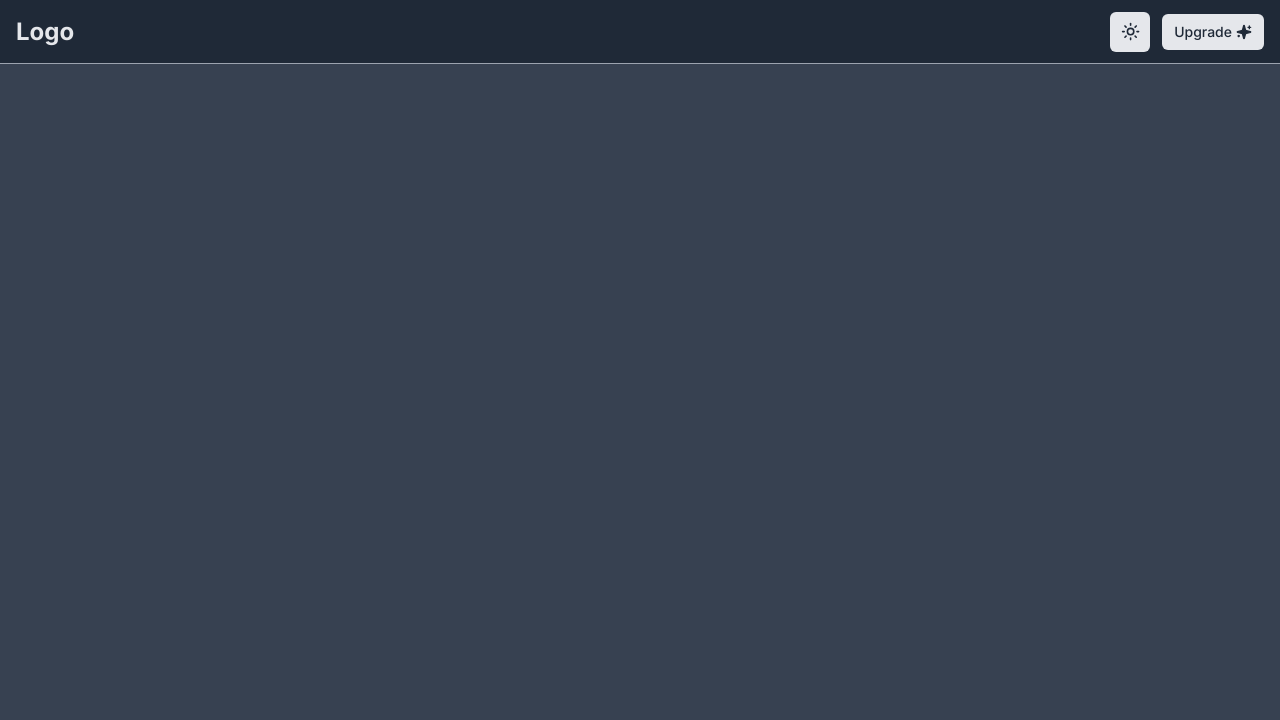
Repository: michalmilek/AI-companion-bot
Page: /
An editor plug-in stored every save of this project. The page is shown before and after the next save, followed by the edit.
The browser window is 1280 px wide. The pictures show the whole page.
The page's requests for data from a server got no answer. The project was rebuilt for these pictures with package versions that can differ from the ones it lists, and the page was loaded fresh each time. Some packages were replaced by stand-ins written for this rebuild. The framework's server and built-in components were replaced by stand-ins that run in the browser. No one was signed in, and anything a server would have sent is missing. Also part of the build but not shown: next.config.js.

Above is the page before, as saved 2023-10-10 16:42:04.

### app/layout.tsx
import { ClerkProvider } from "@clerk/nextjs";
import "./globals.css";
import type { Metadata } from "next";
import { Inter } from "next/font/google";
import { ThemeProvider } from "@/components/theme-provider";

const inter = Inter({ subsets: ["latin"] });

export const metadata: Metadata = {
  title: "Create Next App",
  description: "Generated by create next app",
};

export default function RootLayout({
  children,
}: {
  children: React.ReactNode;
}) {
  return (
    <ClerkProvider>
      <html lang="en">
        <body className={inter.className}>
          <ThemeProvider
            attribute="class"
            defaultTheme="light"
            enableSystem
            disableTransitionOnChange>
            {children}
          </ThemeProvider>
        </body>
      </html>
    </ClerkProvider>
  );
}

### app/(root)/layout.tsx
"use client";

import MobileSidebar from "@/components/MobileSidebar";
import Navbar from "@/components/Navbar";
import clsx from "clsx";
import { useTheme } from "next-themes";
import React, { useEffect } from "react";
import useStore from "../hooks/useStore";
import { useMediaQuery } from "react-responsive";
import { AnimatePresence } from "framer-motion";

const RootLayout = ({ children }: { children: React.ReactNode }) => {
  const { theme } = useTheme();
  const isTabletOrLarger = useMediaQuery({
    query: "(min-width: 768px)",
  });
  const { setIsMobileMenuOpen } = useStore();

  useEffect(() => {
    if (isTabletOrLarger) {
      setIsMobileMenuOpen(false);
    }
  }, [isTabletOrLarger, setIsMobileMenuOpen]);

  return (
    <div
      className={`h-screen ${clsx(
        (theme === "dark" || "system") && "bg-gray-700",
        theme === "light" && "bg-gray-400"
      )} `}>
      <Navbar />
      <MobileSidebar />
      <main className="md:pl-20 pt-16 h-full">{children}</main>
    </div>
  );
};

export default RootLayout;

### app/(root)/(routes)/page.tsx
import { UserButton } from "@clerk/nextjs";
import React from "react";

const RootPage = () => {
  return (
    <div>
      <UserButton afterSignOutUrl="/" />
    </div>
  );
};

export default RootPage;

### app/globals.css
@tailwind base;
@tailwind components;
@tailwind utilities;

@layer base {
  :root {
    --background: 0 0% 100%;
    --foreground: 0 0% 3.9%;

    --card: 0 0% 100%;
    --card-foreground: 0 0% 3.9%;

    --popover: 0 0% 100%;
    --popover-foreground: 0 0% 3.9%;

    --primary: 0 0% 9%;
    --primary-foreground: 0 0% 98%;

    --secondary: 0 0% 96.1%;
    --secondary-foreground: 0 0% 9%;

    --muted: 0 0% 96.1%;
    --muted-foreground: 0 0% 45.1%;

    --accent: 0 0% 96.1%;
    --accent-foreground: 0 0% 9%;

    --destructive: 0 84.2% 60.2%;
    --destructive-foreground: 0 0% 98%;

    --border: 0 0% 89.8%;
    --input: 0 0% 89.8%;
    --ring: 0 0% 3.9%;

    --radius: 0.5rem;
  }

  .dark {
    --background: 0 0% 3.9%;
    --foreground: 0 0% 98%;

    --card: 0 0% 3.9%;
    --card-foreground: 0 0% 98%;

    --popover: 0 0% 3.9%;
    --popover-foreground: 0 0% 98%;

    --primary: 0 0% 98%;
    --primary-foreground: 0 0% 9%;

    --secondary: 0 0% 14.9%;
    --secondary-foreground: 0 0% 98%;

    --muted: 0 0% 14.9%;
    --muted-foreground: 0 0% 63.9%;

    --accent: 0 0% 14.9%;
    --accent-foreground: 0 0% 98%;

    --destructive: 0 62.8% 30.6%;
    --destructive-foreground: 0 0% 98%;

    --border: 0 0% 14.9%;
    --input: 0 0% 14.9%;
    --ring: 0 0% 83.1%;
  }
}

@layer base {
  * {
    @apply border-border;
  }
  body {
    @apply bg-background text-foreground;
  }
}

*{
  box-sizing: border-box;
  padding: 0;
  margin: 0;
}

### components/MobileSidebar.tsx
"use client";

import React from "react";
import { AnimatePresence, motion } from "framer-motion";
import { useTheme } from "next-themes";
import clsx from "clsx";
import { Theme, getThemeBackground } from "@/app/utils/helpers";
import { Button } from "./ui/button";
import { HomeIcon, UserIcon, EnvelopeIcon } from "@heroicons/react/24/solid";
import Link from "next/link";
import useStore from "@/app/hooks/useStore";
import { useMediaQuery } from "react-responsive";

const MobileSidebar = () => {
  const { theme } = useTheme();
  const isTabletOrLarger = useMediaQuery({
    query: "(min-width: 768px)",
  });
  const { isMobileMenuOpen } = useStore();
  return (
    <AnimatePresence mode="wait">
      {isMobileMenuOpen && !isTabletOrLarger && (
        <motion.aside
          className={`h-full py-2 fixed bottom-0 top-16 right-0 ${getThemeBackground(
            theme as Theme
          )}`}
          initial={{ x: "100%" }}
          animate={{ x: 0 }}
          transition={{ type: "tween", duration: 0.3 }}
          exit={{ x: "100%" }}>
          <ul className="flex flex-col gap-2">
            <li>
              <Link
                className={`flex flex-col items-center gap-2 py-2 ${
                  theme === "light" ? "hover:bg-gray-700" : "hover:bg-gray-500"
                } transition-none`}
                href="/">
                <HomeIcon className="h-5 w-5" />
                <span>Home</span>
              </Link>
            </li>
            <li>
              <Link
                className="flex flex-col items-center gap-2 py-2 px-4 hover:bg-gray-700"
                href="/profile">
                <UserIcon className="h-5 w-5" />
                <span>Profile</span>
              </Link>
            </li>
            <li>
              <Link
                className="flex flex-col items-center gap-2 py-2 px-4 hover:bg-gray-700"
                href="/contact">
                <EnvelopeIcon className="h-5 w-5" />
                <span>Contact</span>
              </Link>
            </li>
          </ul>
        </motion.aside>
      )}
    </AnimatePresence>
  );
};
export default MobileSidebar;

### components/Navbar.tsx
"use client";

import React, { useEffect, useState } from "react";
import { UserButton } from "@clerk/nextjs";
import { Button } from "./ui/button";
import { Sparkles } from "lucide-react";
import { ThemeToggle } from "./theme-toggle";
import { useTheme } from "next-themes";
import clsx from "clsx";
import { Theme, getThemeBackground, getThemeColor } from "@/app/utils/helpers";
import { useMediaQuery } from "react-responsive";
import { Bars3Icon } from "@heroicons/react/24/solid";
import useStore from "@/app/hooks/useStore";

const Navbar = () => {
  const { theme } = useTheme();
  const isTabletOrLarger = useMediaQuery({
    query: "(min-width: 768px)",
  });
  const { isMobileMenuOpen, setIsMobileMenuOpen } = useStore();

  return (
    <nav
      className={`${getThemeBackground(
        theme as Theme
      )} h-16 flex justify-between items-center px-4 fixed top-0 left-0 right-0 z-50 border-b-gray-400 border-b`}>
      <a
        href="#"
        className="text-2xl font-bold">
        Logo
      </a>
      <div className="flex items-center gap-3">
        <ThemeToggle />
        <Button
          size="sm"
          variant={getThemeColor(theme as Theme)}>
          Upgrade
          <Sparkles
            className={`${
              theme === "light"
                ? "text-gray-800 fill-gray-800"
                : "text-gray-200 fill-gray-200"
            }  h-4 w-4`}
          />
        </Button>

        <UserButton />
        {!isTabletOrLarger && (
          <Button
            size="icon"
            onClick={() => setIsMobileMenuOpen(!isMobileMenuOpen)}
            variant={getThemeColor(theme as Theme)}>
            <Bars3Icon
              className={`${
                theme === "light"
                  ? "text-gray-800 fill-gray-800"
                  : "text-gray-200 fill-gray-200"
              } p-2`}
            />
          </Button>
        )}
      </div>
    </nav>
  );
};

export default Navbar;

### app/hooks/useStore.ts
import { create } from "zustand";

interface State {
  isMobileMenuOpen: boolean;
  setIsMobileMenuOpen: (isOpen: boolean) => void;
}

const useStore = create<State>((set) => ({
  isMobileMenuOpen: false,
  setIsMobileMenuOpen: (isOpen) => set({ isMobileMenuOpen: isOpen }),
}));

export default useStore;

### app/utils/helpers.ts
import clsx from "clsx";

export type Theme = "dark" | "system" | "light";

export function getThemeColor(theme: Theme) {
  if (theme === "dark" || theme === "system") {
    return "dark";
  } else {
    return "gray";
  }
}

export const getThemeBackground = (theme: Theme) => {
  return clsx(
    (theme === "dark" || theme === "system") && "bg-gray-200 text-gray-800",
    theme === "light" && "bg-gray-800 text-gray-200"
  );
};

### components/ui/button.tsx
import * as React from "react";
import { Slot } from "@radix-ui/react-slot";
import { cva, type VariantProps } from "class-variance-authority";

import { cn } from "@/lib/utils";

const buttonVariants = cva(
  "inline-flex items-center justify-center rounded-md text-sm font-medium ring-offset-background transition-colors focus-visible:outline-none focus-visible:ring-2 focus-visible:ring-ring focus-visible:ring-offset-2 disabled:pointer-events-none disabled:opacity-50",
  {
    variants: {
      variant: {
        default: "bg-primary text-primary-foreground hover:bg-primary/90",
        destructive:
          "bg-destructive text-destructive-foreground hover:bg-destructive/90",
        outline:
          "border border-input bg-background hover:bg-accent hover:text-accent-foreground",
        secondary:
          "bg-secondary text-secondary-foreground hover:bg-secondary/80",
        ghost: "hover:bg-accent hover:text-accent-foreground",
        link: "text-primary underline-offset-4 hover:underline",
        gray: "bg-gray-200 text-gray-800 flex items-center gap-1 hover:bg-gray-300 transition-all",
        dark: "bg-gray-800 text-gray-200 flex items-center gap-1 hover:bg-gray-600 transition-all",
      },
      size: {
        default: "h-10 px-4 py-2",
        sm: "h-9 rounded-md px-3",
        lg: "h-11 rounded-md px-8",
        icon: "h-10 w-10",
      },
    },
    defaultVariants: {
      variant: "default",
      size: "default",
    },
  }
);

export interface ButtonProps
  extends React.ButtonHTMLAttributes<HTMLButtonElement>,
    VariantProps<typeof buttonVariants> {
  asChild?: boolean;
}

const Button = React.forwardRef<HTMLButtonElement, ButtonProps>(
  ({ className, variant, size, asChild = false, ...props }, ref) => {
    const Comp = asChild ? Slot : "button";
    return (
      <Comp
        className={cn(buttonVariants({ variant, size, className }))}
        ref={ref}
        {...props}
      />
    );
  }
);
Button.displayName = "Button";

export { Button, buttonVariants };

### components/theme-toggle.tsx
"use client";

import * as React from "react";
import { Moon, Sun } from "lucide-react";
import { useTheme } from "next-themes";

import { Button } from "@/components/ui/button";
import {
  DropdownMenu,
  DropdownMenuContent,
  DropdownMenuItem,
  DropdownMenuTrigger,
} from "@/components/ui/dropdown-menu";
import { Theme, getThemeColor } from "@/app/utils/helpers";

export function ThemeToggle() {
  const { theme, setTheme } = useTheme();

  return (
    <DropdownMenu>
      <DropdownMenuTrigger asChild>
        <Button
          variant={getThemeColor(theme as Theme)}
          size="icon">
          <Sun className="h-[1.2rem] w-[1.2rem] rotate-0 scale-100 transition-all dark:-rotate-90 dark:scale-0" />
          <Moon className="absolute h-[1.2rem] w-[1.2rem] rotate-90 scale-0 transition-all dark:rotate-0 dark:scale-100" />
          <span className="sr-only">Toggle theme</span>
        </Button>
      </DropdownMenuTrigger>
      <DropdownMenuContent align="end">
        <DropdownMenuItem onClick={() => setTheme("light")}>
          Light
        </DropdownMenuItem>
        <DropdownMenuItem onClick={() => setTheme("dark")}>
          Dark
        </DropdownMenuItem>
        <DropdownMenuItem onClick={() => setTheme("system")}>
          System
        </DropdownMenuItem>
      </DropdownMenuContent>
    </DropdownMenu>
  );
}

### components/ui/dropdown-menu.tsx
"use client"

import * as React from "react"
import * as DropdownMenuPrimitive from "@radix-ui/react-dropdown-menu"
import { Check, ChevronRight, Circle } from "lucide-react"

import { cn } from "@/lib/utils"

const DropdownMenu = DropdownMenuPrimitive.Root

const DropdownMenuTrigger = DropdownMenuPrimitive.Trigger

const DropdownMenuGroup = DropdownMenuPrimitive.Group

const DropdownMenuPortal = DropdownMenuPrimitive.Portal

const DropdownMenuSub = DropdownMenuPrimitive.Sub

const DropdownMenuRadioGroup = DropdownMenuPrimitive.RadioGroup

const DropdownMenuSubTrigger = React.forwardRef<
  React.ElementRef<typeof DropdownMenuPrimitive.SubTrigger>,
  React.ComponentPropsWithoutRef<typeof DropdownMenuPrimitive.SubTrigger> & {
    inset?: boolean
  }
>(({ className, inset, children, ...props }, ref) => (
  <DropdownMenuPrimitive.SubTrigger
    ref={ref}
    className={cn(
      "flex cursor-default select-none items-center rounded-sm px-2 py-1.5 text-sm outline-none focus:bg-accent data-[state=open]:bg-accent",
      inset && "pl-8",
      className
    )}
    {...props}
  >
    {children}
    <ChevronRight className="ml-auto h-4 w-4" />
  </DropdownMenuPrimitive.SubTrigger>
))
DropdownMenuSubTrigger.displayName =
  DropdownMenuPrimitive.SubTrigger.displayName

const DropdownMenuSubContent = React.forwardRef<
  React.ElementRef<typeof DropdownMenuPrimitive.SubContent>,
  React.ComponentPropsWithoutRef<typeof DropdownMenuPrimitive.SubContent>
>(({ className, ...props }, ref) => (
  <DropdownMenuPrimitive.SubContent
    ref={ref}
    className={cn(
      "z-50 min-w-[8rem] overflow-hidden rounded-md border bg-popover p-1 text-popover-foreground shadow-lg data-[state=open]:animate-in data-[state=closed]:animate-out data-[state=closed]:fade-out-0 data-[state=open]:fade-in-0 data-[state=closed]:zoom-out-95 data-[state=open]:zoom-in-95 data-[side=bottom]:slide-in-from-top-2 data-[side=left]:slide-in-from-right-2 data-[side=right]:slide-in-from-left-2 data-[side=top]:slide-in-from-bottom-2",
      className
    )}
    {...props}
  />
))
DropdownMenuSubContent.displayName =
  DropdownMenuPrimitive.SubContent.displayName

const DropdownMenuContent = React.forwardRef<
  React.ElementRef<typeof DropdownMenuPrimitive.Content>,
  React.ComponentPropsWithoutRef<typeof DropdownMenuPrimitive.Content>
>(({ className, sideOffset = 4, ...props }, ref) => (
  <DropdownMenuPrimitive.Portal>
    <DropdownMenuPrimitive.Content
      ref={ref}
      sideOffset={sideOffset}
      className={cn(
        "z-50 min-w-[8rem] overflow-hidden rounded-md border bg-popover p-1 text-popover-foreground shadow-md data-[state=open]:animate-in data-[state=closed]:animate-out data-[state=closed]:fade-out-0 data-[state=open]:fade-in-0 data-[state=closed]:zoom-out-95 data-[state=open]:zoom-in-95 data-[side=bottom]:slide-in-from-top-2 data-[side=left]:slide-in-from-right-2 data-[side=right]:slide-in-from-left-2 data-[side=top]:slide-in-from-bottom-2",
        className
      )}
      {...props}
    />
  </DropdownMenuPrimitive.Portal>
))
DropdownMenuContent.displayName = DropdownMenuPrimitive.Content.displayName

const DropdownMenuItem = React.forwardRef<
  React.ElementRef<typeof DropdownMenuPrimitive.Item>,
  React.ComponentPropsWithoutRef<typeof DropdownMenuPrimitive.Item> & {
    inset?: boolean
  }
>(({ className, inset, ...props }, ref) => (
  <DropdownMenuPrimitive.Item
    ref={ref}
    className={cn(
      "relative flex cursor-default select-none items-center rounded-sm px-2 py-1.5 text-sm outline-none transition-colors focus:bg-accent focus:text-accent-foreground data-[disabled]:pointer-events-none data-[disabled]:opacity-50",
      inset && "pl-8",
      className
    )}
    {...props}
  />
))
DropdownMenuItem.displayName = DropdownMenuPrimitive.Item.displayName

const DropdownMenuCheckboxItem = React.forwardRef<
  React.ElementRef<typeof DropdownMenuPrimitive.CheckboxItem>,
  React.ComponentPropsWithoutRef<typeof DropdownMenuPrimitive.CheckboxItem>
>(({ className, children, checked, ...props }, ref) => (
  <DropdownMenuPrimitive.CheckboxItem
    ref={ref}
    className={cn(
      "relative flex cursor-default select-none items-center rounded-sm py-1.5 pl-8 pr-2 text-sm outline-none transition-colors focus:bg-accent focus:text-accent-foreground data-[disabled]:pointer-events-none data-[disabled]:opacity-50",
      className
    )}
    checked={checked}
    {...props}
  >
    <span className="absolute left-2 flex h-3.5 w-3.5 items-center justify-center">
      <DropdownMenuPrimitive.ItemIndicator>
        <Check className="h-4 w-4" />
      </DropdownMenuPrimitive.ItemIndicator>
    </span>
    {children}
  </DropdownMenuPrimitive.CheckboxItem>
))
DropdownMenuCheckboxItem.displayName =
  DropdownMenuPrimitive.CheckboxItem.displayName

const DropdownMenuRadioItem = React.forwardRef<
  React.ElementRef<typeof DropdownMenuPrimitive.RadioItem>,
  React.ComponentPropsWithoutRef<typeof DropdownMenuPrimitive.RadioItem>
>(({ className, children, ...props }, ref) => (
  <DropdownMenuPrimitive.RadioItem
    ref={ref}
    className={cn(
      "relative flex cursor-default select-none items-center rounded-sm py-1.5 pl-8 pr-2 text-sm outline-none transition-colors focus:bg-accent focus:text-accent-foreground data-[disabled]:pointer-events-none data-[disabled]:opacity-50",
      className
    )}
    {...props}
  >
    <span className="absolute left-2 flex h-3.5 w-3.5 items-center justify-center">
      <DropdownMenuPrimitive.ItemIndicator>
        <Circle className="h-2 w-2 fill-current" />
      </DropdownMenuPrimitive.ItemIndicator>
    </span>
    {children}
  </DropdownMenuPrimitive.RadioItem>
))
DropdownMenuRadioItem.displayName = DropdownMenuPrimitive.RadioItem.displayName

const DropdownMenuLabel = React.forwardRef<
  React.ElementRef<typeof DropdownMenuPrimitive.Label>,
  React.ComponentPropsWithoutRef<typeof DropdownMenuPrimitive.Label> & {
    inset?: boolean
  }
>(({ className, inset, ...props }, ref) => (
  <DropdownMenuPrimitive.Label
    ref={ref}
    className={cn(
      "px-2 py-1.5 text-sm font-semibold",
      inset && "pl-8",
      className
    )}
    {...props}
  />
))
DropdownMenuLabel.displayName = DropdownMenuPrimitive.Label.displayName

const DropdownMenuSeparator = React.forwardRef<
  React.ElementRef<typeof DropdownMenuPrimitive.Separator>,
  React.ComponentPropsWithoutRef<typeof DropdownMenuPrimitive.Separator>
>(({ className, ...props }, ref) => (
  <DropdownMenuPrimitive.Separator
    ref={ref}
    className={cn("-mx-1 my-1 h-px bg-muted", className)}
    {...props}
  />
))
DropdownMenuSeparator.displayName = DropdownMenuPrimitive.Separator.displayName

const DropdownMenuShortcut = ({
  className,
  ...props
}: React.HTMLAttributes<HTMLSpanElement>) => {
  return (
    <span
      className={cn("ml-auto text-xs tracking-widest opacity-60", className)}
      {...props}
    />
  )
}
DropdownMenuShortcut.displayName = "DropdownMenuShortcut"

export {
  DropdownMenu,
  DropdownMenuTrigger,
  DropdownMenuContent,
  DropdownMenuItem,
  DropdownMenuCheckboxItem,
  DropdownMenuRadioItem,
  DropdownMenuLabel,
  DropdownMenuSeparator,
  DropdownMenuShortcut,
  DropdownMenuGroup,
  DropdownMenuPortal,
  DropdownMenuSub,
  DropdownMenuSubContent,
  DropdownMenuSubTrigger,
  DropdownMenuRadioGroup,
}

### components/Sidebar.tsx
import React from "react";
import { AnimatePresence, motion } from "framer-motion";
import { useTheme } from "next-themes";
import clsx from "clsx";
import { Theme, getThemeBackground } from "@/app/utils/helpers";
import { Button } from "./ui/button";
import { HomeIcon, UserIcon, EnvelopeIcon } from "@heroicons/react/24/solid";
import Link from "next/link";
import { useMediaQuery } from "react-responsive";

const Sidebar = () => {
  const { theme } = useTheme();
  const isTabletOrLarger = useMediaQuery({
    query: "(min-width: 768px)",
  });

  if (!isTabletOrLarger) {
    return null;
  }

  return (
    <AnimatePresence>
      {isTabletOrLarger && (
        <motion.aside
          className={`h-full py-2 fixed bottom-0 top-16 left-0 ${getThemeBackground(
            theme as Theme
          )}`}
          initial={{ x: "-100%" }}
          animate={{ x: 0 }}
          transition={{ type: "tween", duration: 0.3 }}>
          <ul className="flex flex-col gap-2">
            <li>
              <Link
                className={`flex flex-col items-center gap-2 py-2 ${
                  theme === "light" ? "hover:bg-gray-700" : "hover:bg-gray-500"
                } transition-none`}
                href="/">
                <HomeIcon className="h-5 w-5" />
                <span>Home</span>
              </Link>
            </li>
            <li>
              <Link
                className="flex flex-col items-center gap-2 py-2 px-4 hover:bg-gray-700"
                href="/profile">
                <UserIcon className="h-5 w-5" />
                <span>Profile</span>
              </Link>
            </li>
            <li>
              <Link
                className="flex flex-col items-center gap-2 py-2 px-4 hover:bg-gray-700"
                href="/contact">
                <EnvelopeIcon className="h-5 w-5" />
                <span>Contact</span>
              </Link>
            </li>
          </ul>
        </motion.aside>
      )}
    </AnimatePresence>
  );
};

export default Sidebar;

Loaded but not shown: components/theme-provider.tsx (common file); lib/utils.ts (common file); tailwind.config.js (common file)

After the next save:
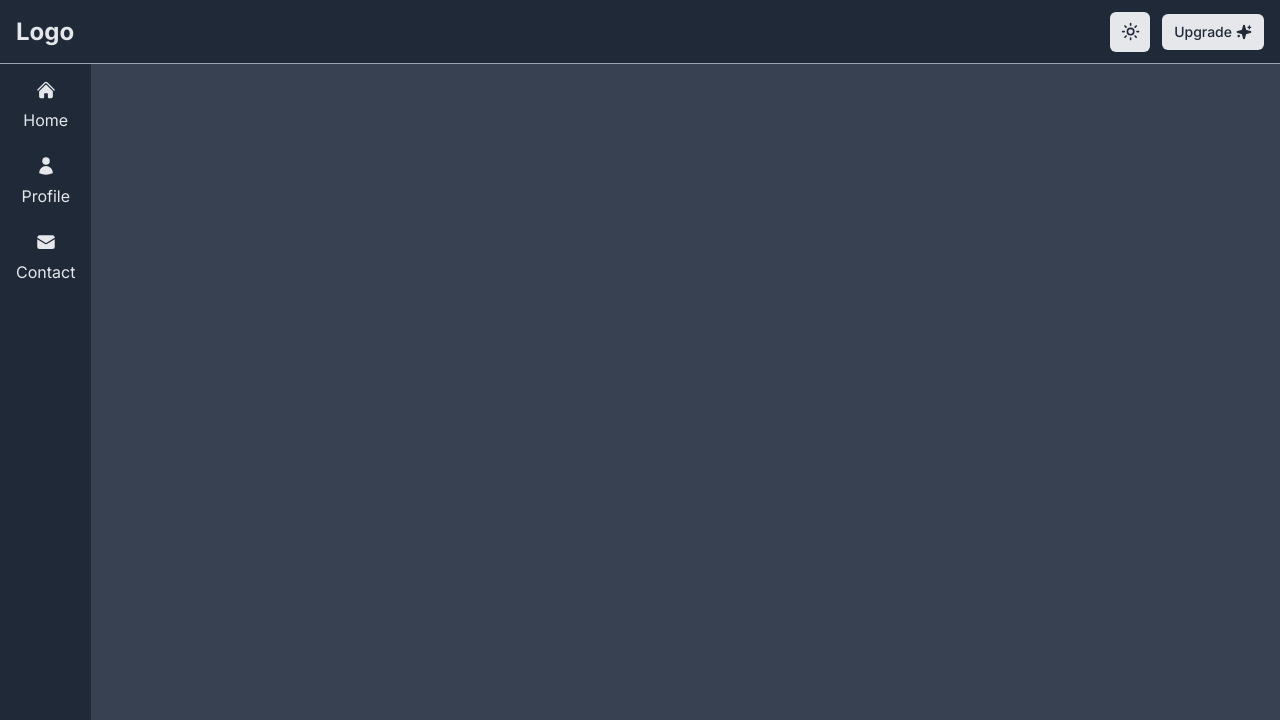
Saved 9 s later.
--- a/app/(root)/layout.tsx
+++ b/app/(root)/layout.tsx
@@ -8,6 +8,7 @@ import React, { useEffect } from "react";
 import useStore from "../hooks/useStore";
 import { useMediaQuery } from "react-responsive";
 import { AnimatePresence } from "framer-motion";
+import Sidebar from "@/components/Sidebar";
 
 const RootLayout = ({ children }: { children: React.ReactNode }) => {
   const { theme } = useTheme();
@@ -30,6 +31,7 @@ const RootLayout = ({ children }: { children: React.ReactNode }) => {
       )} `}>
       <Navbar />
       <MobileSidebar />
+      <Sidebar />
       <main className="md:pl-20 pt-16 h-full">{children}</main>
     </div>
   );
